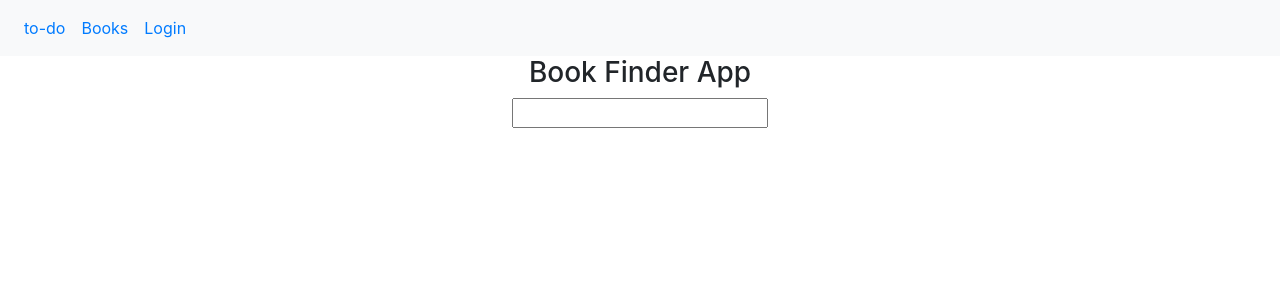
Repository: omniabadry/react-test
Page: /Books
These files come from the project's save history. The page is drawn as it stood at one moment and after the next save; the edit follows.
The browser window is 1280 px wide. The pictures show the whole page.
The page's requests for data from a server got no answer. The project was rebuilt for these pictures with package versions that can differ from the ones it lists, and the page was loaded fresh each time. No one was signed in, and anything a server would have sent is missing.

Above is the page before, as saved 2021-02-09 14:03:21.

### src/App.js
import React from 'react';
import {Collapse,Navbar,NavbarToggler,Nav,NavItem,NavLink} from 'reactstrap';
import { BrowserRouter as Router, Link } from "react-router-dom";
import Routes from "./Routes";

function App() {

  return (
    <Router>
      <Navbar color="light" light expand="md">
        <NavbarToggler />
        <Collapse navbar>
          <Nav className="mr-auto" navbar>
            <NavItem>
              <NavLink><Link to="/ToDo">to-do</Link></NavLink>
            </NavItem>
            <NavItem>
              <NavLink><Link to="/Books">Books</Link></NavLink>
            </NavItem>
            <NavItem >
              <NavLink ><Link to="/login">Login</Link></NavLink>
            </NavItem>
          </Nav>
        </Collapse>
      </Navbar>
      <Routes/>
    </Router>
  );
}

export default App;

### src/Routes.js
import React, { Suspense } from "react";
import { Route , Switch} from "react-router-dom";

const Login = React.lazy(() => import('./components/login'));
const Books = React.lazy(() => import("./components/books"));
const ToDo = React.lazy(() => import("./components/to-do"));

export default function Routes() {
    return (
      <Suspense fallback="loading.....">
        <Switch>
          <Route path="/login" exact component={Login} />
          <Route path="/Books" exact component={Books} />
          <Route path="/ToDo" exact component={ToDo} />
        </Switch>
      </Suspense>
    );
  }

### src/components/books.js
import { axiosInstance } from "../axiosConfig"
import { useEffect, useState } from 'react';

export default function Books() {
    const [searchValue, setSearchValue] = useState("")
    const [books, setBooks] = useState()

const getBooks = ()=>{
    axiosInstance.get("", {
        params: {
            q: (searchValue ? searchValue : "")
        }
    }).then((res) => {
        setBooks(res.data.items)
    })
}
    useEffect(() => {
        getBooks()
    }, [searchValue])

    const handleInput = (event) => {
        setSearchValue(event.target.value)
    }
    const get = () => {
        if (books) {
            // console.log(books)
            let cards = []
            for (let index = 0; index < books.length; index++) {
                cards.push(
                    books[index]["volumeInfo"]["authors"], books[index]["volumeInfo"]["categories"]
                )
            }
            return cards
        }
    }
    return (
        <div className="container" style={{ textAlign: "center" }}>
            <h3>Book Finder App</h3>
            <input value={searchValue} onChange={handleInput} type="text" name="search" id="search"/>
            <div className="books col-12">
                {get()}
            </div>
        </div>
    )}

### src/axiosConfig.js
import axios from "axios";

export const axiosInstance = axios.create({
  baseURL: "https://www.googleapis.com/books/v1/volumes/",
});

### src/css/books.css
[class*="col-"] {
    float: left;
  }

.books{
    text-align: center;
}

#search{
    margin: 30px;
}

.card{
    height: 300px;
    margin: 20px;
}

Loaded but not shown: public/index.html (common file); src/index.js (common file); src/index.css (common file); src/reportWebVitals.js (common file)

After the next save:
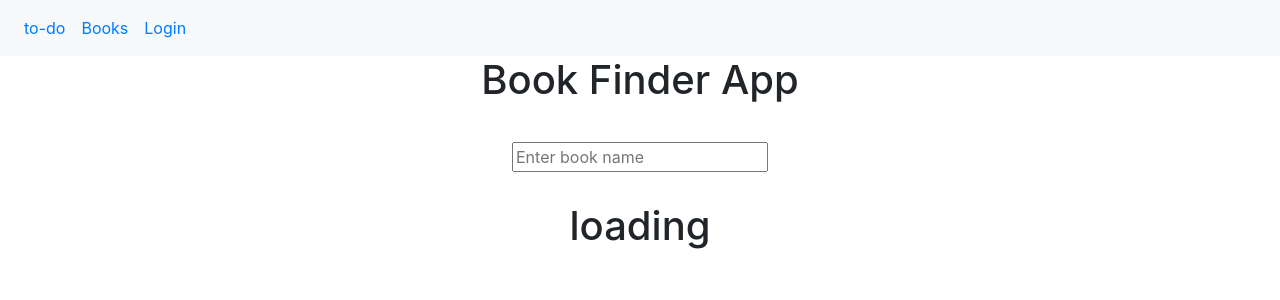
Saved 7 min 51 s later.
--- a/src/components/books.js
+++ b/src/components/books.js
@@ -1,3 +1,12 @@
+import {
+    Card,
+    CardText,
+    CardBody,
+    CardTitle,
+    CardSubtitle,
+    Button
+} from 'reactstrap';
+import "../css/books.css"
 import { axiosInstance } from "../axiosConfig"
 import { useEffect, useState } from 'react';
 
@@ -5,15 +14,22 @@ export default function Books() {
     const [searchValue, setSearchValue] = useState("")
     const [books, setBooks] = useState()
 
-const getBooks = ()=>{
-    axiosInstance.get("", {
-        params: {
-            q: (searchValue ? searchValue : "")
-        }
-    }).then((res) => {
-        setBooks(res.data.items)
-    })
-}
+    const getBooks = () => {
+        axiosInstance.get("", {
+
+
+            params: {
+                q: (searchValue ? searchValue : "keyword")
+            }
+        }).then((res) => {
+            setBooks(res.data.items)
+        })
+    }
+
+    useEffect(() => {
+        getBooks()
+    }, [])
+
     useEffect(() => {
         getBooks()
     }, [searchValue])
@@ -21,24 +37,54 @@ const getBooks = ()=>{
     const handleInput = (event) => {
         setSearchValue(event.target.value)
     }
-    const get = () => {
+
+
+
+    const getCards = () => {
         if (books) {
             // console.log(books)
             let cards = []
             for (let index = 0; index < books.length; index++) {
-                cards.push(
-                    books[index]["volumeInfo"]["authors"], books[index]["volumeInfo"]["categories"]
+                cards.push( <
+                    Card className = "col-3" >
+                    <
+                    CardBody >
+                    <
+                    CardTitle tag = "h5" > { books[index]["volumeInfo"]["title"] } < /CardTitle> <
+                    CardSubtitle tag = "h6"
+                    className = "mb-2 text-muted" > { books[index]["volumeInfo"]["categories"] } < /CardSubtitle> <
+                    CardText > { books[index]["volumeInfo"]["authors"] } < /CardText> <
+                    /CardBody> <
+                    /Card>
                 )
             }
             return cards
+        } else {
+            return ( <
+                h1 > loading < /h1>
+            )
         }
+
     }
-    return (
-        <div className="container" style={{ textAlign: "center" }}>
-            <h3>Book Finder App</h3>
-            <input value={searchValue} onChange={handleInput} type="text" name="search" id="search"/>
-            <div className="books col-12">
-                {get()}
-            </div>
-        </div>
-    )}
+
+
+
+    return ( <
+        div className = "container"
+        style = {
+            { textAlign: "center" } } >
+        <
+        h1 > Book Finder App < /h1> <
+        input value = { searchValue }
+        onChange = { handleInput }
+        type = "text"
+        name = "search"
+        id = "search"
+        placeholder = "Enter book name" / >
+        <
+        div className = "books col-12" > { getCards() } <
+        /div> <
+        /div>
+    )
+
+}
